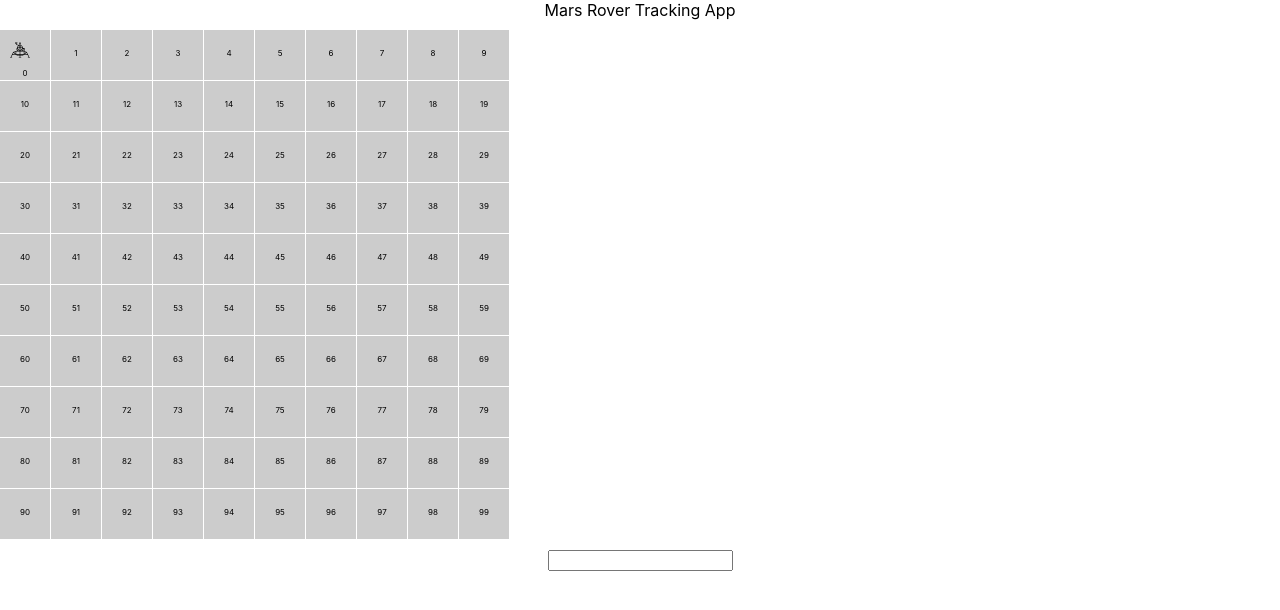
Repository: madhurisandbhor/Rover-Tracking-App
Page: /
The author's editor kept a copy of each file at every save. The page is drawn from the files as they stood at one save, then again after the next save.
The browser window is 1280 px wide. The pictures show the whole page.
The project was rebuilt for these pictures with package versions that can differ from the ones it lists, and the page was loaded fresh each time.

Above is the page before, as saved 2021-09-06 18:43:07.

After the next save:
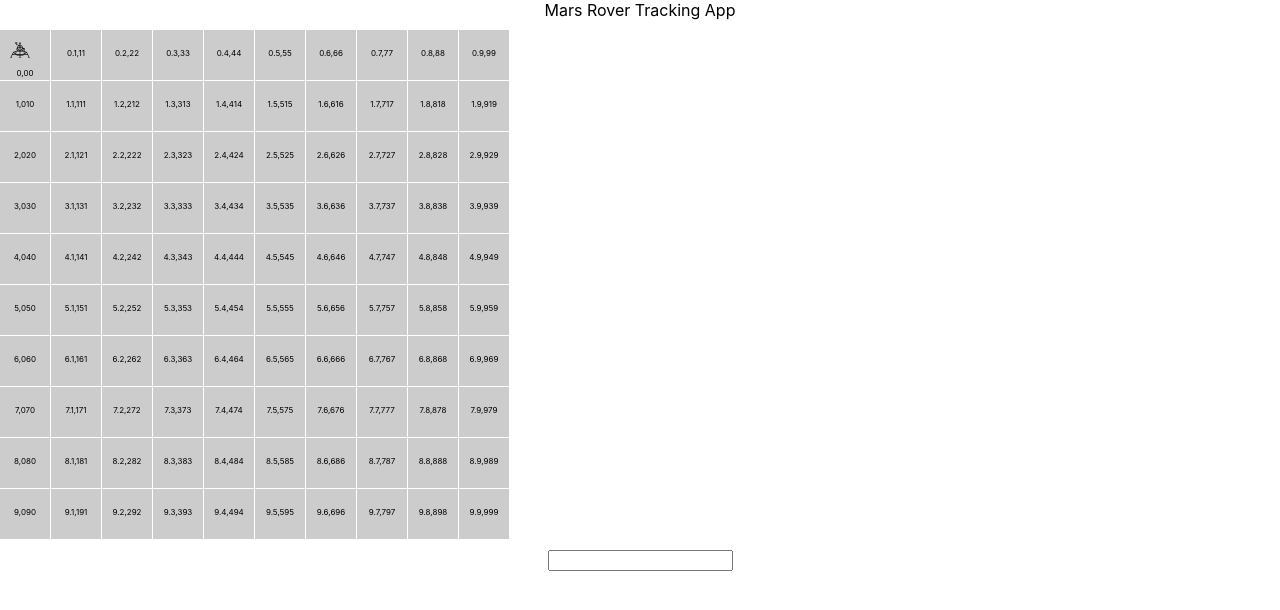
Saved 8 s later.
--- a/src/Grid.jsx
+++ b/src/Grid.jsx
@@ -52,7 +52,7 @@ const Grid = () => {
               </div>
             )}
             <span style={itemSpan}>
-              {/* {index / 10},{index % 10} */}
+              {index / 10},{index % 10}
               {index}
             </span>
           </div>
